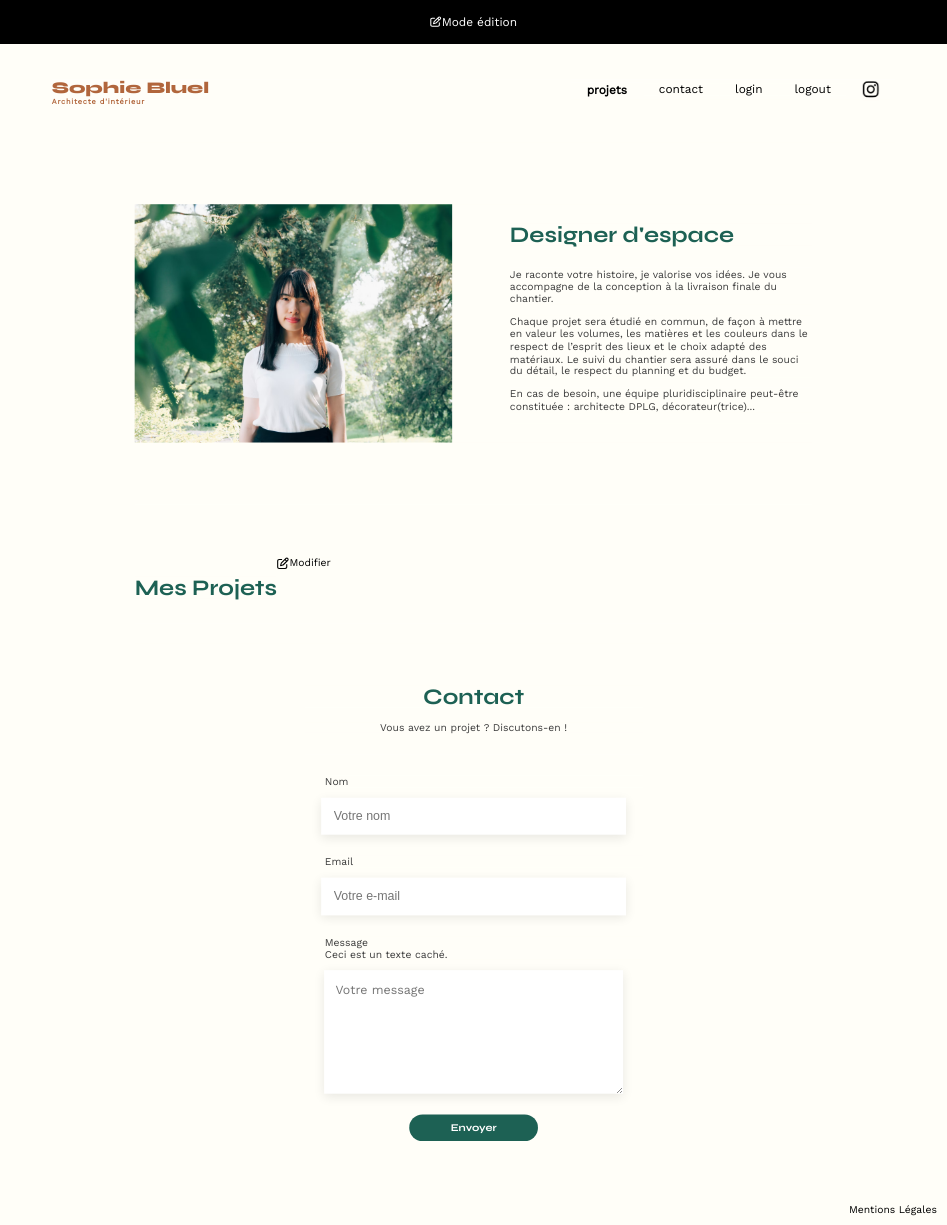
Repository: BlueSoley23/openclassrooms
Page: FrontEnd/index.html
The author's editor kept a copy of each file at every save. The page is drawn from the files as they stood at one save, then again after the next save.
The browser window is 1280 px wide. The pictures show the whole page, at 74% of full size.
The page's requests for data from a server got no answer.

Above is the page before, as saved 2023-12-21 05:18:17.
Console error: TypeError: categories is not iterable

After the next save:
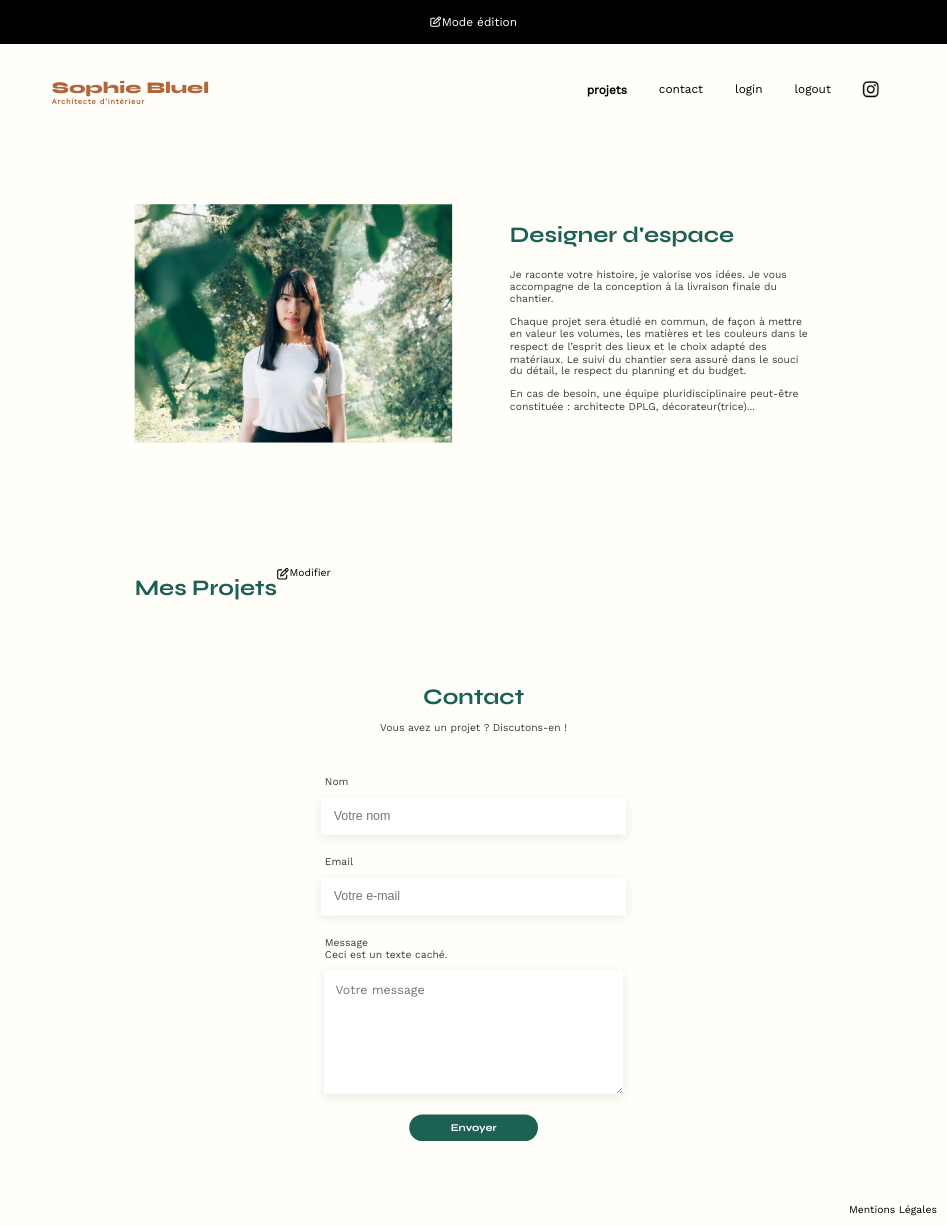
Saved 4 s later.
--- a/FrontEnd/assets/css/style.css
+++ b/FrontEnd/assets/css/style.css
@@ -587,5 +587,5 @@
 		display: flex;
 		flex-direction: row;
 		align-items: bottom;
-		padding-top: auto;
+		padding-top: 2em;
 	  }
